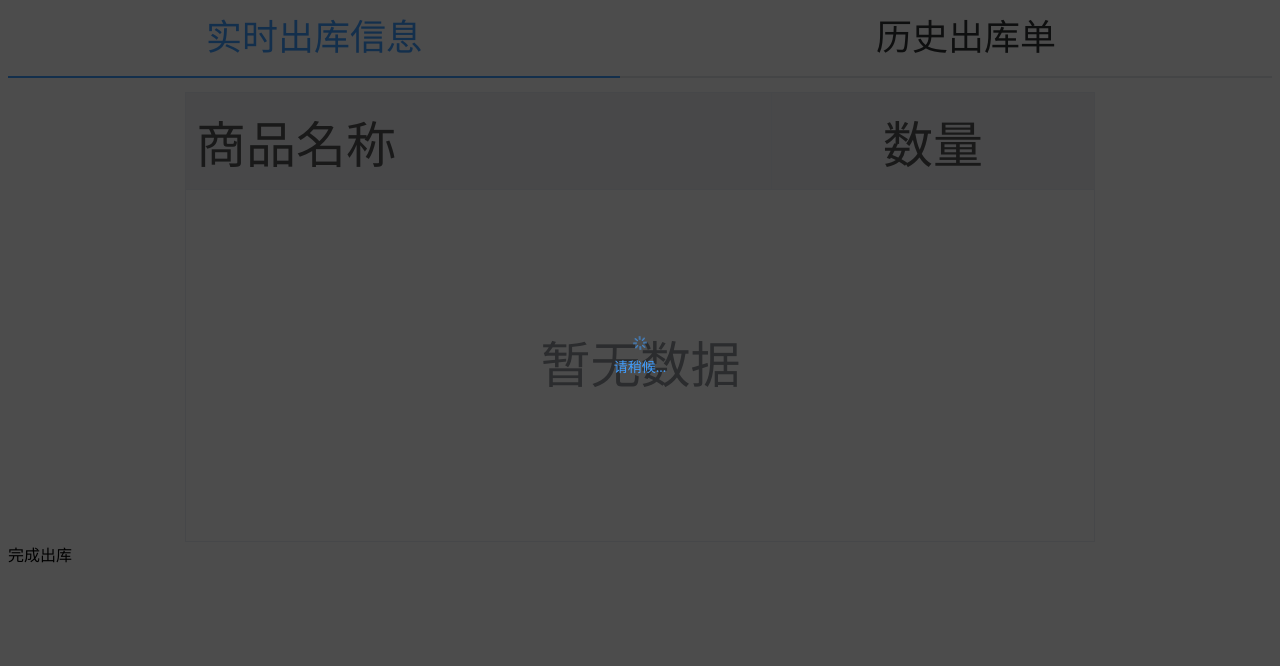
Repository: yaesass/yaesass
Page: /#/InStockDetail (app in scancode/)
An editor plug-in stored every save of this project. The page is shown before and after the next save, followed by the edit.
The browser window is 1280 px wide. The pictures show the whole page.
The page's requests for data from a server got no answer. The project was rebuilt for these pictures with package versions that can differ from the ones it lists, and the page was loaded fresh each time. No one was signed in, and anything a server would have sent is missing. Also part of the build but not shown: scancode/vue.config.js.

Above is the page before, as saved 2022-07-01 09:15:22.

### scancode/src/main.js
import Vue from 'vue'
import App from './App.vue'
import router from './router/index.js'

import ElementUI from 'element-ui';
import 'element-ui/lib/theme-chalk/index.css';

import axios from 'axios'
Vue.use(ElementUI);
Vue.config.productionTip = false
Vue.prototype.$axios = axios
new Vue({
  el: '#app',
  axios,
  router,
  render: h => h(App)
}).$mount('#app')

### scancode/src/App.vue
<template>
  <div id="app">
    <!-- Name {{ Name }} token {{ token }} Type {{ Type }} Remarks {{ Remarks }} -->
    <router-view></router-view>
  </div>
</template>
<script>
export default {
  name: "App",
  data() {
    return {
      // show: "",
      // activeName: "待生产订单",
      // list: [],
      // listLoading: true,
      // queryForm: {
      //   CurrentPage: 1,
      //   PageSize: 999999,
      // },
      // intervalId: null,
      // messageObj: "",
    };
  },
  created() {
    //获取winform数据
    let Name, token, Type, Remarks;
    // Name = this.getQueryString("Name");
    // token = "Bearer" + " " + this.getQueryString("token");
    // Type = this.getQueryString("DeliveryType");
    // Remarks = this.getQueryString("Remarks");
    token =
      "Bearer admin-accessToken-eyJ0eXAiOiJKV1QiLCJhbGciOiJIUzI1NiJ9.eyJpZCI6IkVBNDY5MDAwLUEwRTMtNDM2NS04OEU1LTYzNTk4MUQxNzM2NSIsIm5hbWUiOiLmiavnoIEifQ.ysDSnXIKlGLatjoH2wUIq0r65R8tv9DP_CH0vsOTbN0";
    Name = "out2";
    Type = "out";
    Remarks = "西出库口2";
    if (Type == "in") {
      this.$router.push({
        name: "InStock",
        params: { Name, token, Type, Remarks },
      });
    } else {
      this.$router.push({
        name: "OutStock",
        params: { Name, token, Type, Remarks },
      });
    }
  },
  beforeDestroy() {
    // this.isDestroyed = true;
    // this.ws.close("测试");
  },
  methods: {
    //接收winform数据
    getQueryString(name) {
      var reg = new RegExp("(^|&)" + name + "=([^&]*)(&|$)");
      var r = window.location.search.substr(1).match(reg);
      if (r != null) return decodeURI(r[2]);
      return null;
    },
  },
};
</script>

### scancode/src/views/InStockDetail.vue
<template>
  <div>
    <div class="orderName">{{ orderName }}</div>
    <el-table
      :data="list"
      border
      :header-cell-style="{
        background: '#F3F4F7',
        color: '#555',
        height: '97px',
      }"
      :cell-style="{ padding: '0px' }"
      :row-style="{ height: '97px' }"
      style="font-size: 50px; width: 910px; margin: 0 auto"
      ref="table"
      height="450"
    >
      <el-table-column label="商品名称" style="heihgt: 97px">
        <template slot-scope="scope">
          <span v-html="scope.row.name"></span>
        </template>
      </el-table-column>
      <el-table-column align="center" label="数量" width="323">
        <template slot-scope="scope">
          <div style="color: red">{{ scope.row.num }}</div>
        </template>
      </el-table-column>
    </el-table>
    <div
      style="display: flex; justify-content: space-between; margin: 50px 100px"
    >
      <div v-if="list == ''" class="inzeroa" @click="EditCloseOrderState()">
        <div class="btntxt">取消入库</div>
      </div>
      <div v-else class="inzeroa" @click="DelCodeOrder()">
        <div class="btntxt">回滚订单</div>
      </div>
      <div class="inzero" @click="finish()">
        <div class="btntxt">完成入库</div>
      </div>
    </div>
  </div>
</template>

<script>
export default {
  name: "InStock",
  data() {
    return {
      token: "",
      Name: "",
      Type: "",
      Remarks: "",
      orderName: "",
      list: [], //列表数据
      errMessage: "", //网络异常提示
      ws: "", //websocket
    };
  },
  created() {
    this.token = this.$route.params.token;
    this.Name = this.$route.params.Name;
    this.Type = this.$route.params.Type;
    this.Remarks = this.$route.params.Remarks;

    this.GetScanningOrder();

    // console.log("扫码页", this.$route.params);
  },
  mounted() {},

  destroyed() {
    // 页面销毁
  },
  methods: {
    //查询有没有正在扫码的订单
    GetScanningOrder(e) {
      let that = this;
      that.list = [];
      that.$axios
        .post(
          "https://www.moondeity.com:8308/api/Areas/OrderInfo/GetScanningOrder",
          {
            Type: that.Name,
          },
          {
            headers: {
              Authorization: that.token,
            },
          }
        )
        .then(function (response) {
          let reqdata = response.data.data;
          // console.log("查询入库订单状态", reqdata.dt);
          if (that.ws != "") {
            that.ws.onclose = function () {
              console.log("主动关闭websocket");
            };
            that.ws.close();
          }
          if (reqdata.dt != "") {
            if (reqdata.dt[0].RealQuantity > 0) {
              //显示已扫描数据
              let num = reqdata.dt[0].RealQuantity;
              let name = reqdata.dt[0].Remarks.split(">")[1].split("第")[0]; //截取remarks获得产品名
              that.list.push({
                id: reqdata.dt[0].ProductId,
                name,
                num,
              });
              console.log("表格list", that.list);
            }
            that.Id = reqdata.dt[0].Id;
            that.orderName = reqdata.dt[0].Remarks.replace("<br/>", "");
            that.start();
          } else {
            let { Name, token, Type, Remarks } = that;
            that.$router.push({
              name: "InStock",
              params: { Name, token, Type, Remarks },
            });
          }
        })
        .catch(function (error) {
          console.log("查询入库订单状态error", error);
          if (that.errMessage == "") {
            if (e == "err") {
              that.$loading().close();
            }
            that.$loading({
              lock: true,
              text: "网络异常，重新连接中",
              spinner: "el-icon-loading",
              background: "rgba(0, 0, 0, 0.7)",
            });
          }

          setTimeout(() => {
            that.GetScanningOrder("err");
          }, 3000);
        });
    },

    //开始websocket
    start() {
      this.$loading({
        lock: true,
        text: "正在与服务器连接...",
        spinner: "el-icon-loading",
        background: "rgba(0, 0, 0, 0.7)",
      });
      let webhttp = "ws://192.168.99.175:8383/" + this.Name;
      var that = this;
      if (window.WebSocket) {
        console.log("  that.ws ", that.ws);

        var wsImpl = window.WebSocket || window.MozWebSocket;
        that.ws = new wsImpl(webhttp);

        that.ws.onmessage = function (e) {
          console.log("Socket消息", e);
          if (e.data != "connect") {
            let temp = JSON.parse(e.data);
            console.log("websocket数据", temp);
            if (temp.code == 201) {
              const h = that.$createElement;
              let tempHtml = h(
                "p",
                {
                  style:
                    " width: 100%; display:flex;align-items: center;justify-content: space-between;",
                },
                [h("span", undefined, temp.msg)]
              );
              that.messageObj = that.$message({
                dangerouslyUseHTMLString: true,
                duration: 2000,
                type: "warning",
                message: tempHtml,
                customClass: "workShop_message",
              });
            }
            if (temp.code == 200) {
              let id = temp.data.Id,
                name = temp.data.Name;
              if (that.list.length == 0) {
                that.list.push({
                  id,
                  name,
                  num: 1,
                });
              } else {
                let key = false,
                  t;
                for (let i in that.list) {
                  if (id == that.list[i].id) {
                    key = true;
                    t = i;
                    that.list[i].num++;
                    break;
                  }
                }
                if (key) {
                  let temp = that.list[t];
                  that.list.splice(t, 1);
                  that.list.push(temp);
                } else {
                  that.list.push({
                    id,
                    name,
                    num: 1,
                  });
                }
              }
              // setTimeout(() => {
              //   that.$refs.table.bodyWrapper.scrollTop =
              //     that.$refs.table.bodyWrapper.scrollHeight;
              // }, 50);
            }
          }
        };
        that.ws.onopen = function () {
          // that.message("连接成功");
          that.$loading().close();

          if (that.errMessage != "") {
            that.errMessage.close();
            that.errMessage = "";
          }
        };
        that.ws.onclose = function (e) {
          console.log("close", e);

          that.reconnect();
        };
        that.ws.error = function () {
          console.log("error");

          that.reconnect();
        };
      }
    },

    reconnect() {
      console.log("reconnect连接断开");

      if (this.errMessage == "") {
        this.$loading().close();
        this.$loading({
          lock: true,
          text: "网络异常，重新连接中...",
          spinner: "el-icon-loading",
          background: "rgba(0, 0, 0, 0.7)",
        });
        const h = this.$createElement;
        let tempHtml = h(
          "p",
          {
            style:
              " width: 100%; display:flex;align-items: center;justify-content: space-between;",
          },
          [h("span", undefined, "网络异常，重新连接中")]
        );
        this.errMessage = this.$message({
          dangerouslyUseHTMLString: true,
          duration: 0,
          type: "error",
          message: tempHtml,
          customClass: "workShop_message",
        });
      }
      var that = this;
      setTimeout(function () {
        that.GetScanningOrder();
      }, 5000);
    },

    //入库订单没有扫码的情况下取消
    EditCloseOrderState() {
      let that = this;
      that
        .$confirm("此操作将取消入库, 是否继续?", "提示", {
          confirmButtonText: "确定",
          cancelButtonText: "取消",
          type: "warning",
        })
        .then(() => {
          that.$axios
            .post(
              "https://www.moondeity.com:8308/api/Areas/OrderInfo/EditCloseOrderState",
              {
                OrderId: that.Id,
              },
              {
                headers: {
                  Authorization: that.token,
                },
              }
            )
            .then(function (response) {
              console.log("入库订单没有扫码的情况下取消", response.data.msg);
              that.message(response.data.msg);
              that.GetScanningOrder();
            })
            .catch(function (error) {
              console.log(error);
            });
        })
        .catch(() => {});
    },

    //入库订单已经扫码的情况下回滚
    DelCodeOrder() {
      let that = this;
      that
        .$confirm("此操作将回滚订单且需重新扫描产品, 是否继续?", "提示", {
          confirmButtonText: "确定",
          cancelButtonText: "取消",
          type: "warning",
        })
        .then(() => {
          that.$axios
            .post(
              "https://www.moondeity.com:8308/api/Areas/OrderInfo/DelCodeOrder",
              {
                Id: that.Id,
              },
              {
                headers: {
                  Authorization: that.token,
                },
              }
            )
            .then(function (response) {
              console.log("入库订单已经扫码的情况下回滚", response.data.msg);
              that.GetScanningOrder();
            })
            .catch(function (error) {
              console.log("入库订单已经扫码的情况下回滚", error);
            });
        })
        .catch(() => {
          // that.message("已取消回滚");
        });
    },

    //完成入库按钮
    finish() {
      let that = this;

      this.$confirm("此操作将上传订单且无法修改, 是否继续?", "提示", {
        confirmButtonText: "确定",
        cancelButtonText: "取消",
        type: "warning",
      })
        .then(() => {
          this.$loading({
            lock: true,
            text: "请稍候...",
            spinner: "el-icon-loading",
            background: "rgba(0, 0, 0, 0.7)",
          });
          that.$axios
            .post(
              "https://www.moondeity.com:8308/api/Areas/OrderInfo/EditOrderState",
              {
                OrderId: that.Id,
                StockType: that.Name,
                StockState: 0,
              },
              {
                headers: {
                  Authorization: that.token,
                },
              }
            )
            .then(function (response) {
              //console.log('EditOrderStateresponse', response.data.msg)
              that.$loading().close();
              that.message(response.data.msg);
              that.GetScanningOrder();
            })
            .catch(function (error) {
              console.log(error);
            });
        })
        .catch(() => {});
    },

    //弹窗提示
    message(msg) {
      //console.log('message')
      if (msg == "success") {
        msg = "成功";
      }
      if (msg == "修改成功") {
        msg = "操作成功";
      }
      const h = this.$createElement;
      let tempHtml = h(
        "p",
        {
          style:
            " width: 100%; display:flex;align-items: center;justify-content: space-between;",
        },
        [h("span", undefined, msg)]
      );
      if (msg.indexOf("成功") != "-1") {
        this.$message({
          dangerouslyUseHTMLString: true,
          duration: 2000,
          type: "success",
          message: tempHtml,
          customClass: "workShop_message",
        });
        return true;
      } else {
        this.$message({
          dangerouslyUseHTMLString: true,
          duration: 2000,
          type: "error",
          message: tempHtml,
          customClass: "workShop_message",
        });
        return false;
      }
    },
  },
};
</script>

<style>
.orderName {
  width: 95%;
  margin: 30px auto;
  font-size: 36px;
  text-align: center;
  overflow: hidden;
  text-overflow: ellipsis;
  white-space: nowrap;
}
.el-table .cell {
  line-height: 50px;
  font-weight: 300;
}
.el-message-box {
  width: 75%;
}
.el-message-box__header,
.el-message-box__status {
  display: none;
}

.el-message-box__message {
  padding: 0 12px !important;
}

.el-message-box__message p {
  padding: 20px 0;
  font-size: 36px;
  line-height: 50px;
}

.el-message-box__btns button {
  margin-left: 40px !important;
  padding: 10px 30px;
  font-size: 36px;
  line-height: 50px;
}

.inzeroa {
  display: flex;
  width: 264px;
  height: 81px;
  border-radius: 15px;
  background: #d8d8d8;
}

.inzeroa .btntxt {
  margin: auto;
  font-size: 50px;
  font-weight: 300;
  color: #aaaaaa;
}

.inzero {
  display: flex;
  width: 264px;
  height: 81px;
  border-radius: 15px;
  background: #409eff;
}

.inzero .btntxt {
  margin: auto;
  font-size: 50px;
  font-weight: 300;
  color: #ffffff;
}
</style>

### scancode/src/views/OutStock.vue
<template>
  <el-tabs v-model="activeName" @tab-click="handleClick">
    <el-tab-pane label="实时出库信息" class="counttable" name="实时出库信息">
      <div>
        <el-table
          :data="tableData"
          border
          :header-cell-style="{
            background: '#F3F4F7',
            color: '#555',
            height: '97px',
          }"
          :cell-style="{ padding: '0px' }"
          :row-style="{ height: '97px' }"
          style="font-size: 50px; width: 910px; margin: 0 auto"
          ref="table"
          height="450"
        >
          <el-table-column label="商品名称" style="heihgt: 97px">
            <template slot-scope="scope">
              <span v-html="scope.row.name"></span>
            </template>
          </el-table-column>
          <el-table-column align="center" label="数量" width="323">
            <template slot-scope="scope">
              <div style="color: red">{{ scope.row.num }}</div>
            </template>
          </el-table-column>
        </el-table>
        <div class="zero" @click="zero()">
          <div class="btntxt">完成出库</div>
        </div>
      </div>
    </el-tab-pane>
    <el-tab-pane label="历史出库单" class="counttable" name="历史出库单">
      <el-table
        :data="tableData"
        border
        :header-cell-style="{
          background: '#F2F6FC',
          height: '48px',
          color: '#909399',
          fontSize: '40px',
        }"
        style="width: 910px; margin: 40px auto; font-size: 25px"
        :cell-style="totalcellcolor"
        height="450"
        :row-style="{ height: '48px' }"
      >
        <el-table-column align="center" prop="product" label="产品名称">
        </el-table-column>
        <el-table-column align="center" prop="time" label="时间">
        </el-table-column>
        <el-table-column align="center" prop="num" label="出库数量">
        </el-table-column>
        <el-table-column align="center" prop="state" label="出库类型">
        </el-table-column>
      </el-table>
    </el-tab-pane>
  </el-tabs>
</template>

<script>
export default {
  name: "InStock",
  data() {
    return {
      token: "",
      Name: "",
      Type: "",
      Remarks: "",
      activeName: "实时出库信息",
      tableData: [], //列表数据
    };
  },
  created() {
    this.token = this.$route.params.token;
    this.Name = this.$route.params.Name;
    this.Type = this.$route.params.Type;
    this.Remarks = this.$route.params.Remarks;

    // console.log("this.$route.params", this.$route.params);
  },
  mounted() {
    this.GetOrderOut();
  },

  destroyed() {
    // 在页面销毁
  },
  methods: {
    //选项卡
    handleClick(e) {
      console.log("点击tab", e.name);
      if (e.name == "实时出库信息") {
        this.GetOrderOut();
      }
      // else {

      // }
    },

    //查询已激活出库单
    GetOrderOut() {
      let that = this;
      this.$loading({
        lock: true,
        text: "请稍候...",
        spinner: "el-icon-loading",
        background: "rgba(0, 0, 0, 0.7)",
      });
      that.$axios
        .post(
          "https://www.moondeity.com:8308/api/Areas/OrderInfo/GetOrderOut",
          {
            Name: that.Name,
          },
          {
            headers: {
              Authorization: that.token,
            },
          }
        )
        .then(function (res) {
          that.$loading().close();
          let reqData = res.data;
          console.log("查询已激活出库单", reqData);
          if (reqData.code == "200") {
            if (reqData.msg == "无激活订单") {
              that.setData({
                outState: "开始出库",
              });
              that.data.outOrderId = "";
            } else {
              that.setData({
                outState: "出库中",
              });
              that.data.outOrderId = reqData.data.model.Id;
              that.GetOrderOutListDetail();
            }
          } else {
            that.message(reqData.msg);
          }
        })
        .catch(function (error) {
          console.log(error);
        });
    },

    //查询出库单明细
    GetOrderOutListDetail() {
      let that = this,
        OrderId = that.data.outOrderId;
      this.$loading({
        lock: true,
        text: "请稍候...",
        spinner: "el-icon-loading",
        background: "rgba(0, 0, 0, 0.7)",
      });

      that.$axios
        .post(
          "https://www.moondeity.com:8308/api/Areas/OrderInfo/GetOrderOutListDetail",
          {
            OrderId,
          },
          {
            headers: {
              Authorization: that.token,
            },
          }
        )
        .then(function (res) {
          that.$loading().close();
          let reqData = res.data;
          console.log("查询出库单明细", reqData);

          if (reqData.code == "200") {
            let dt = reqData.data.dts;
            if (dt == "") {
              that.setData({
                list: [],
              });
              // console.log("无返回", that.data.list);
            } else {
              that.setData({
                list: dt,
              });
            }
          } else {
            that.message(reqData.msg);
          }
        })
        .catch(function (error) {
          console.log(error);
        });
    },
    //弹窗提示
    message(msg) {
      //console.log('message')
      if (msg == "success") {
        msg = "成功";
      }
      const h = this.$createElement;
      let tempHtml = h(
        "p",
        {
          style:
            " width: 100%; display:flex;align-items: center;justify-content: space-between;",
        },
        [h("span", undefined, msg)]
      );
      if (msg.indexOf("成功") != "-1") {
        this.$message({
          dangerouslyUseHTMLString: true,
          duration: 2000,
          type: "success",
          message: tempHtml,
          customClass: "workShop_message",
        });
        return true;
      }
      if (msg == "网络连接失败") {
        this.$message({
          dangerouslyUseHTMLString: true,
          duration: 2000,
          type: "error",
          message: tempHtml,
          customClass: "workShop_message",
        });
        return false;
      } else {
        this.$message({
          dangerouslyUseHTMLString: true,
          duration: 2000,
          type: "error",
          message: tempHtml,
          customClass: "workShop_message",
        });
        return false;
      }
    },
    totalcellcolor({ row, column, rowIndex, columnIndex }) {
      row, column, rowIndex;
      if (columnIndex == 1) {
        return "color:red";
      }
    },
  },
};
</script>

<style>
.el-table {
  width: 100%;
  display: flex;
  flex-direction: column;
}

.el-table__body-wrapper {
  flex: 1;
}

.el-tabs__nav {
  width: 100%;
}
.el-tabs__item {
  margin-top: 10px;
  width: 50%;
  height: 60px;
  text-align: center;
  font-size: 36px;
  font-weight: 300;
  letter-spacing: 0em;
}

.count {
  display: flex;
  justify-content: right;
  margin: 20px 60px 20px 0;
}

.count .counttxt {
  font-size: 40px;
  font-weight: normal;
  line-height: 24px;
  letter-spacing: 0px;
  color: #909399;
}

.counttable .el-table .cell {
  line-height: 50px;
  font-weight: 300;
}

.workShop_message {
  width: 40%;
  font-size: 30px;
  color: #ff7d38;
}

.workShop_message .btn {
  padding: 5px 10px;
  cursor: pointer;
  background: #ffb89143;
  border: 2px solid #ffb89143;
  border-radius: 10px;
}
</style>

Loaded but not shown: scancode/public/index.html (common file); scancode/src/router/index.js (42 lines, source omitted)

After the next save:
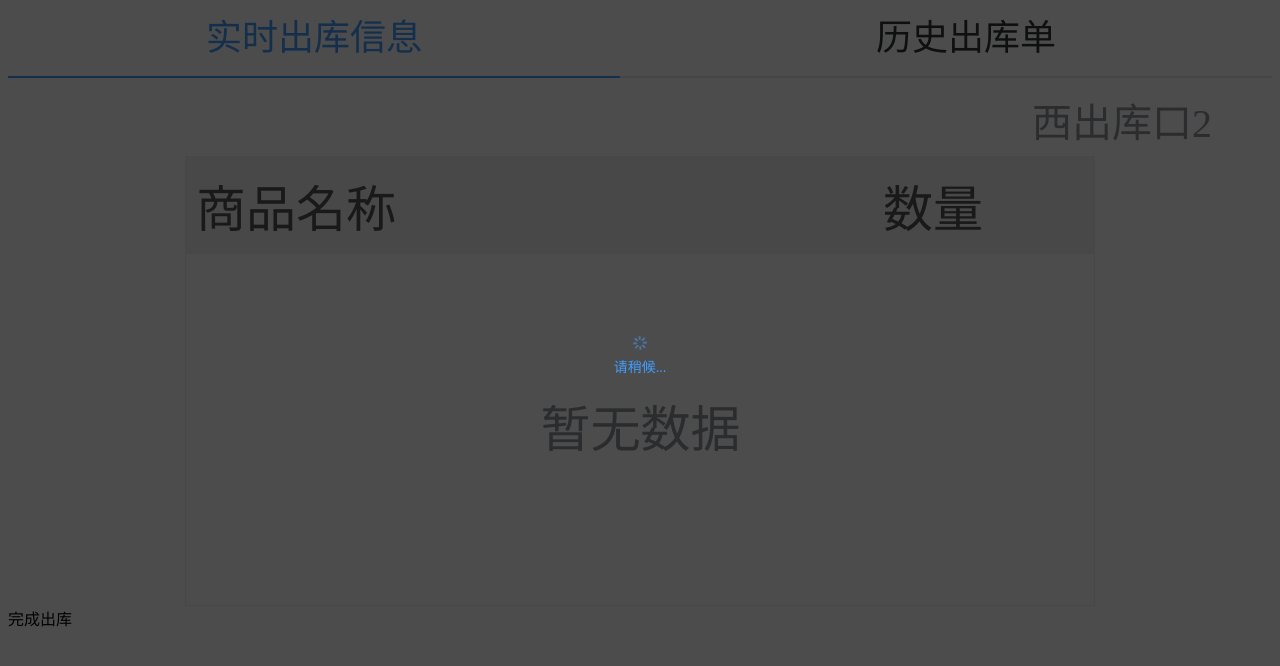
Saved 100 s later.
--- a/scancode/src/views/OutStock.vue
+++ b/scancode/src/views/OutStock.vue
@@ -1,35 +1,36 @@
 <template>
   <el-tabs v-model="activeName" @tab-click="handleClick">
     <el-tab-pane label="实时出库信息" class="counttable" name="实时出库信息">
-      <div>
-        <el-table
-          :data="tableData"
-          border
-          :header-cell-style="{
-            background: '#F3F4F7',
-            color: '#555',
-            height: '97px',
-          }"
-          :cell-style="{ padding: '0px' }"
-          :row-style="{ height: '97px' }"
-          style="font-size: 50px; width: 910px; margin: 0 auto"
-          ref="table"
-          height="450"
-        >
-          <el-table-column label="商品名称" style="heihgt: 97px">
-            <template slot-scope="scope">
-              <span v-html="scope.row.name"></span>
-            </template>
-          </el-table-column>
-          <el-table-column align="center" label="数量" width="323">
-            <template slot-scope="scope">
-              <div style="color: red">{{ scope.row.num }}</div>
-            </template>
-          </el-table-column>
-        </el-table>
-        <div class="zero" @click="zero()">
-          <div class="btntxt">完成出库</div>
-        </div>
+      <div class="count">
+        <div class="counttxt">{{ Remarks }}</div>
+      </div>
+      <el-table
+        :data="tableData"
+        border
+        :header-cell-style="{
+          background: '#F3F4F7',
+          color: '#555',
+          height: '97px',
+        }"
+        :cell-style="{ padding: '0px' }"
+        :row-style="{ height: '97px' }"
+        style="font-size: 50px; width: 910px; margin: 0 auto"
+        ref="table"
+        height="450"
+      >
+        <el-table-column label="商品名称" style="heihgt: 97px">
+          <template slot-scope="scope">
+            <span v-html="scope.row.name"></span>
+          </template>
+        </el-table-column>
+        <el-table-column align="center" label="数量" width="323">
+          <template slot-scope="scope">
+            <div style="color: red">{{ scope.row.num }}</div>
+          </template>
+        </el-table-column>
+      </el-table>
+      <div class="zero" @click="zero()">
+        <div class="btntxt">完成出库</div>
       </div>
     </el-tab-pane>
     <el-tab-pane label="历史出库单" class="counttable" name="历史出库单">
@@ -251,6 +252,20 @@ export default {
 </script>
 
 <style>
+.count {
+  display: flex;
+  justify-content: right;
+  margin: 20px 60px 20px 0;
+}
+
+.count .counttxt {
+  font-size: 40px;
+  font-weight: normal;
+  line-height: 24px;
+  letter-spacing: 0px;
+  color: #909399;
+}
+
 .el-table {
   width: 100%;
   display: flex;
